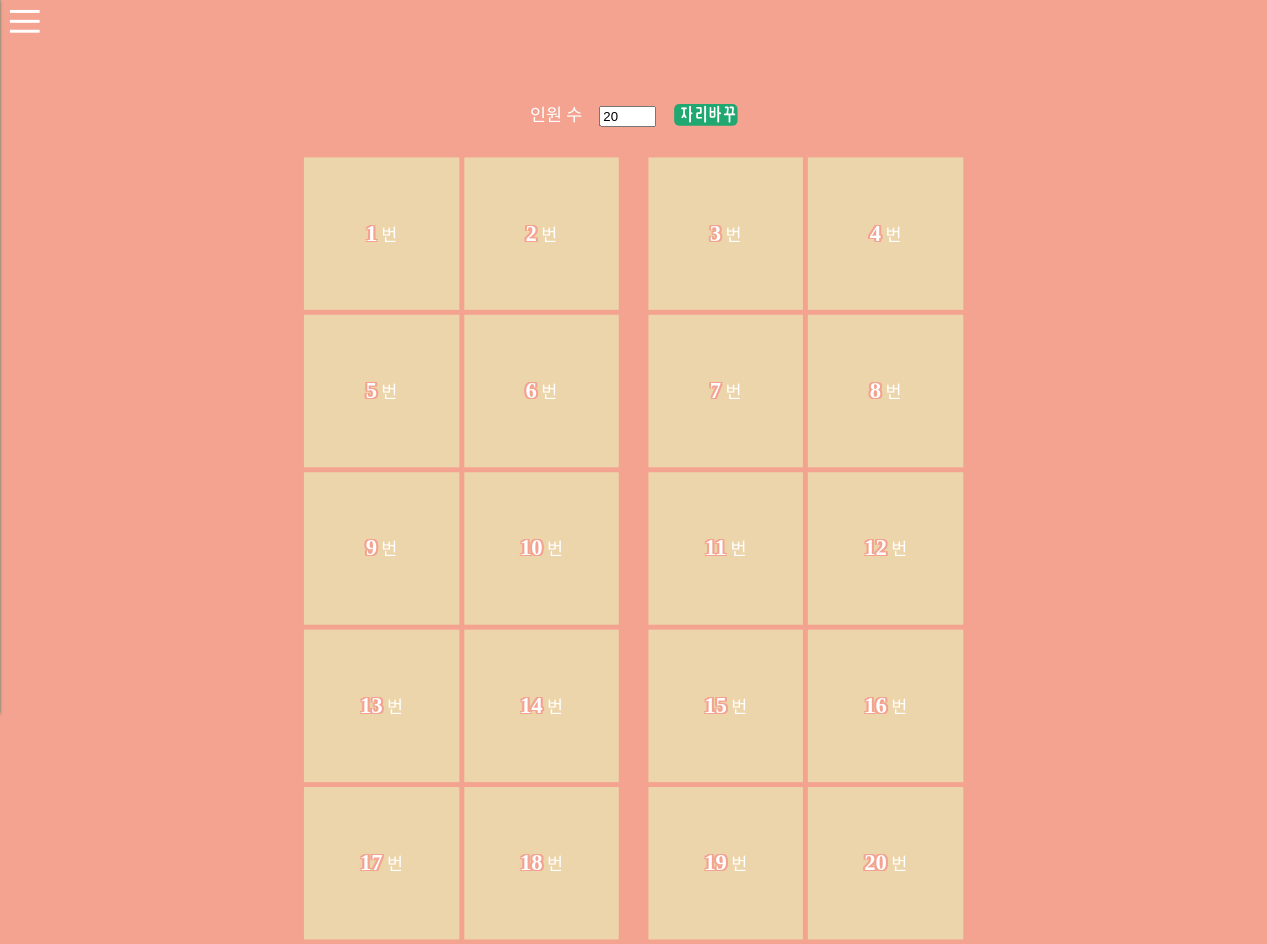
Repository: se-yoo/ChangeSeat
Page: http://localhost/ChangeSeat/change.jsp
The author's editor kept a copy of each file at every save. The page is drawn from the files as they stood at one save, then again after the next save.
The browser window is 1280 px wide. The pictures show the whole page, at 99% of full size.
Some web fonts or font styles are not loaded; a fallback is used. Some web libraries are served in a nearby version. The page is served by Tomcat 9.

Above is the page before, as saved 2018-06-25 23:59:22.

After the next save:
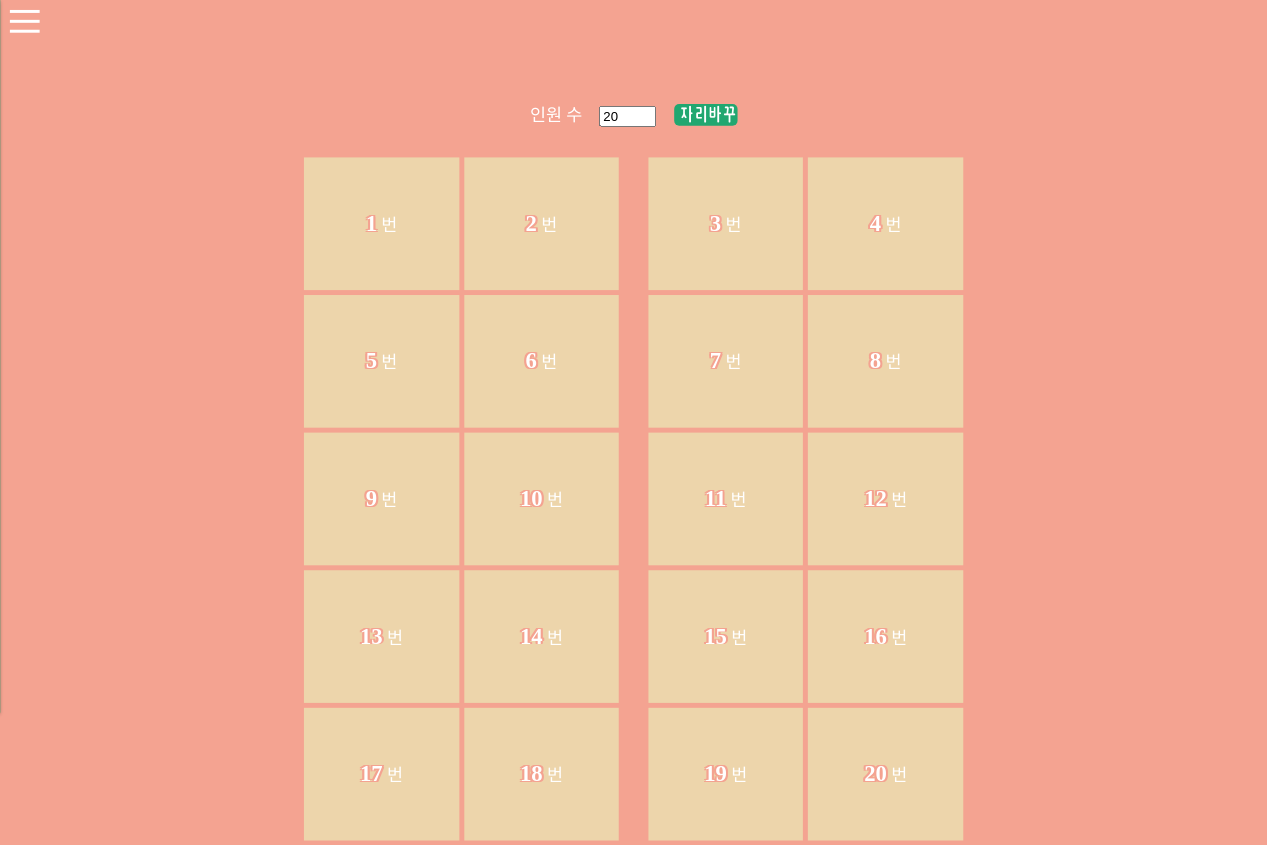
Saved 20 s later.
--- a/ChangeSeat/WebContent/changeStyle.css
+++ b/ChangeSeat/WebContent/changeStyle.css
@@ -38,7 +38,7 @@ input[type='button']:hover{
 table{
 	width:55%;
 	margin:auto;
-	height:800px;
+	height:700px;
 }
 span{
 	font-size:1.3em;
